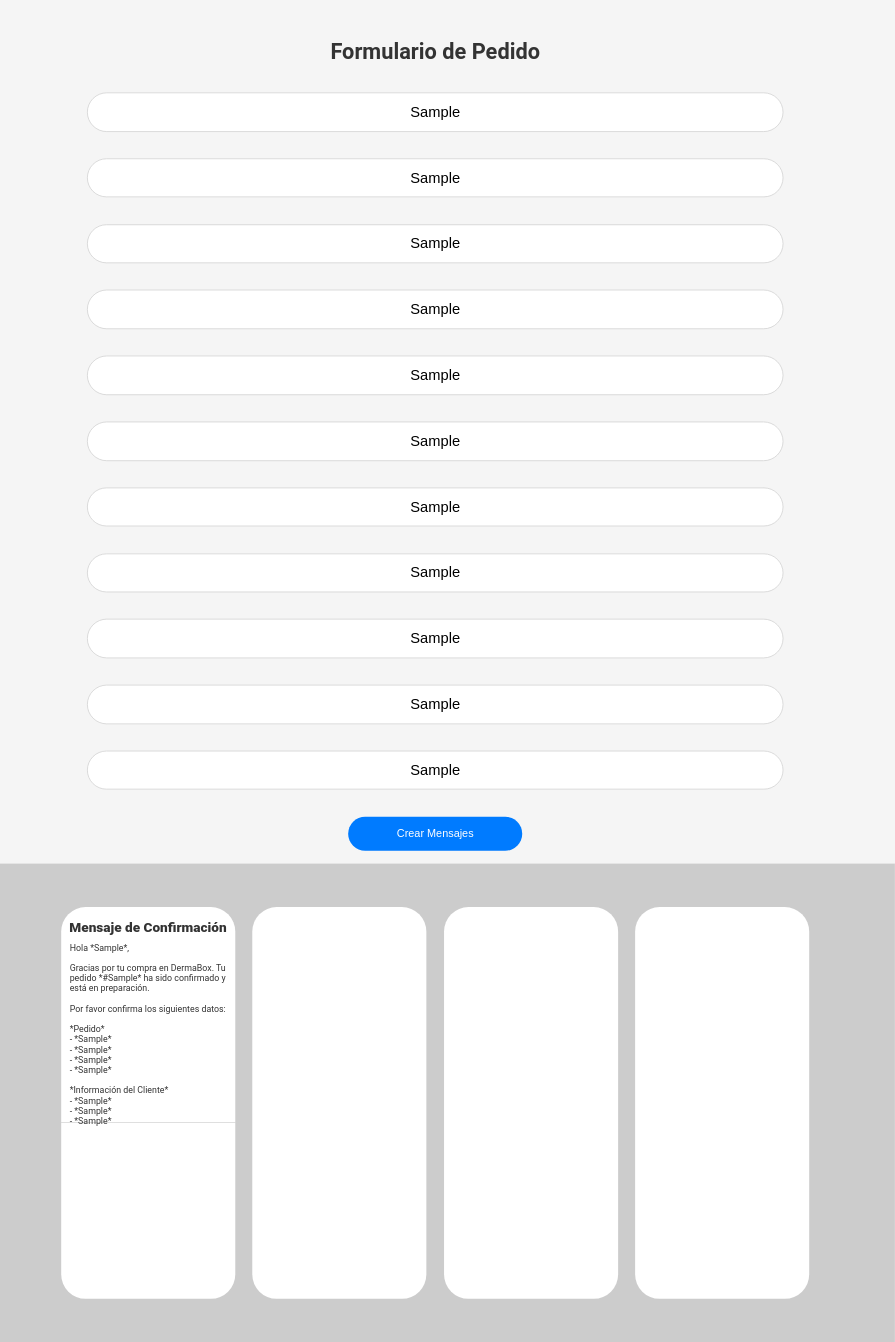
Repository: aCoupon0/intranet
Page: 1/venta-1.html
An editor plug-in stored every save of this project. The page is shown before and after the next save, followed by the edit.
The browser window is 1280 px wide. The page is 1316 px wide, so the pictures cover 1316 px, including what lies to the right of the window. The pictures show the whole page, at 68% of full size.
Empty fields were first filled with sample values (such as "Sample", 5 or name@example.com).
After loading, the first visible `#boton-enviar` was clicked once.

Above is the page before, as saved 2024-12-09 13:13:38.

After the next save:
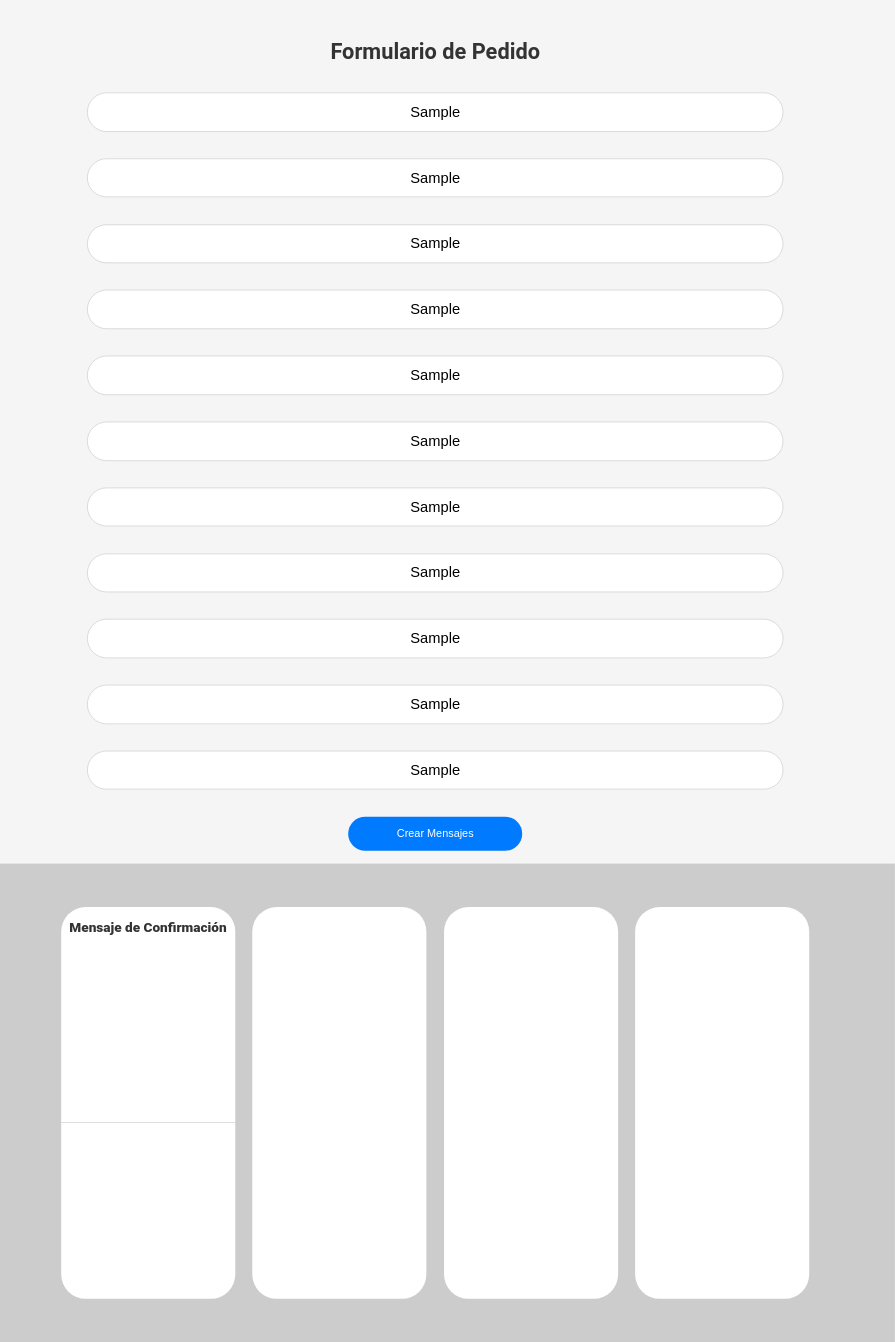
Console error: TypeError: Cannot read properties of null (reading 'value')
Saved 11 min 55 s later.
--- a/js/ventas-shared.js
+++ b/js/ventas-shared.js
@@ -7,6 +7,7 @@
     const potenciador = document.getElementById("input-potenciador").value.trim();
     const ciudad = document.getElementById("input-ciudad").value.trim();
     const direccion = document.getElementById("input-direccion").value.trim();
+    const cobro = document.getElementById("input.cobro").value.trim();
 
     // Construir el mensaje con saltos de línea en HTML
     let mensaje = `Hola *${nombre}*,<br><br>Gracias por tu compra en DermaBox. Tu pedido *#${codigo}* ha sido confirmado y está en preparación.<br><br>Por favor confirma los siguientes datos:<br><br>*Pedido*<br>`;
@@ -15,12 +16,14 @@
     if (hidratante) mensaje += ` - *${hidratante}*<br>`;
     if (bloqueador) mensaje += ` - *${bloqueador}*<br>`;
     if (potenciador) mensaje += ` - *${potenciador}*<br>`;
+    if (cobro) mensaje += ` - *${cobro}*<br>`;
 
     mensaje += `<br>*Información del Cliente*<br>`;
     if (nombre) mensaje += ` - *${nombre}*<br>`;
     if (ciudad) mensaje += ` - *${ciudad}*<br>`;
     if (direccion) mensaje += ` - *${direccion}*<br>`;
 
+
     // Mostrar el mensaje en el div correspondiente
     const sectionDual1 = document.querySelector(".section-dual-1");
     sectionDual1.innerHTML = mensaje; // Asignar el HTML con saltos de línea

After the 2 saves that followed:
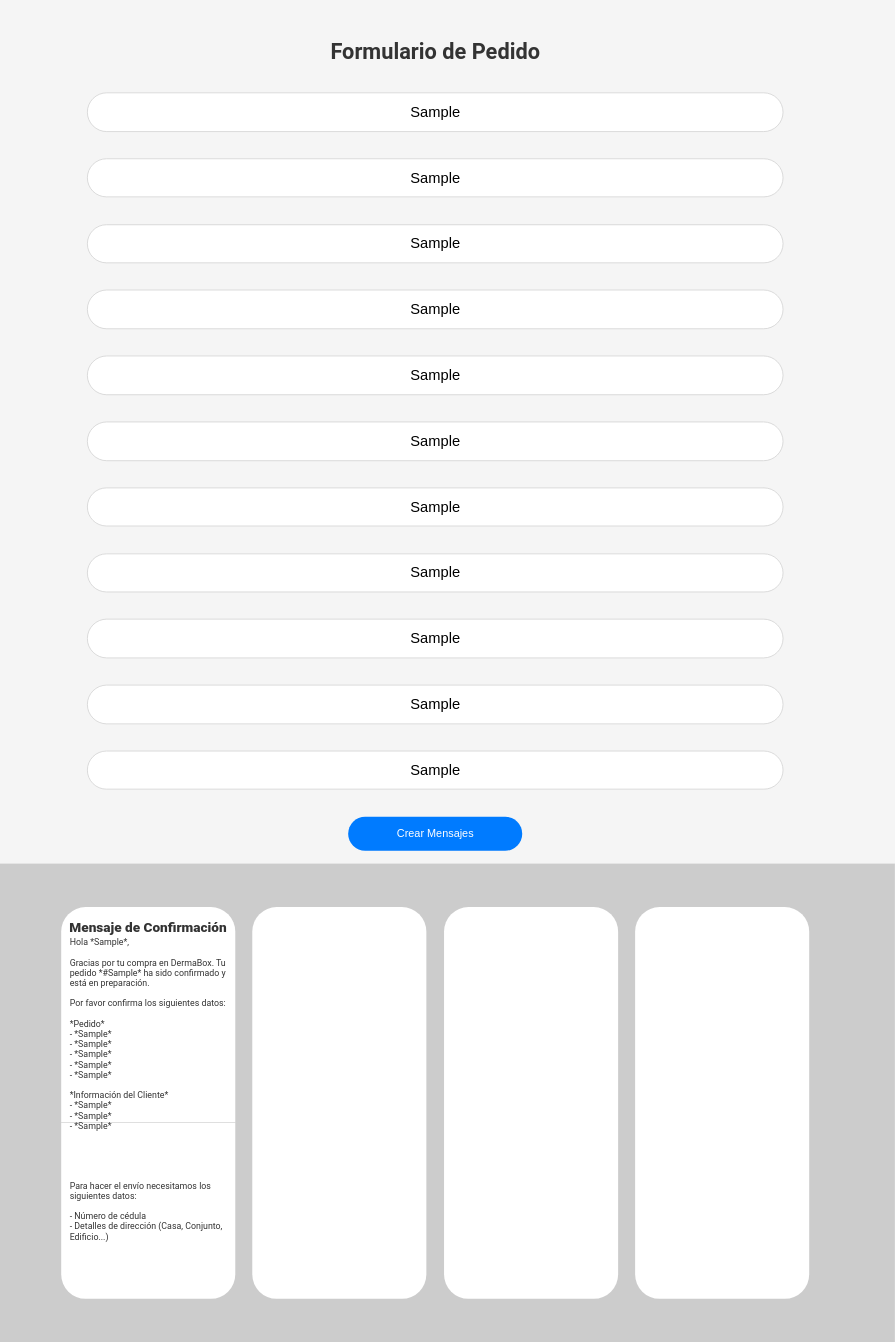
The error is gone.
The 2 saves are shown as one change because 1 left the picture as it was.
The last was saved 5 min 4 s later.
--- a/js/ventas-shared.js
+++ b/js/ventas-shared.js
@@ -7,7 +7,7 @@
     const potenciador = document.getElementById("input-potenciador").value.trim();
     const ciudad = document.getElementById("input-ciudad").value.trim();
     const direccion = document.getElementById("input-direccion").value.trim();
-    const cobro = document.getElementById("input.cobro").value.trim();
+    const cobro = document.getElementById("input-cobro").value.trim();
 
     // Construir el mensaje con saltos de línea en HTML
     let mensaje = `Hola *${nombre}*,<br><br>Gracias por tu compra en DermaBox. Tu pedido *#${codigo}* ha sido confirmado y está en preparación.<br><br>Por favor confirma los siguientes datos:<br><br>*Pedido*<br>`;
@@ -27,4 +27,12 @@
     // Mostrar el mensaje en el div correspondiente
     const sectionDual1 = document.querySelector(".section-dual-1");
     sectionDual1.innerHTML = mensaje; // Asignar el HTML con saltos de línea
+
+
+    // Construir el mensaje para section-dual-2
+    const mensaje2 = `Para hacer el envío necesitamos los siguientes datos:<br><br> - Número de cédula<br> - Detalles de dirección (Casa, Conjunto, Edificio...)<br>`;
+
+    // Mostrar el mensaje en section-dual-2
+    const sectionDual2 = document.querySelector(".section-dual-2");
+    sectionDual2.innerHTML = mensaje2;
 });
